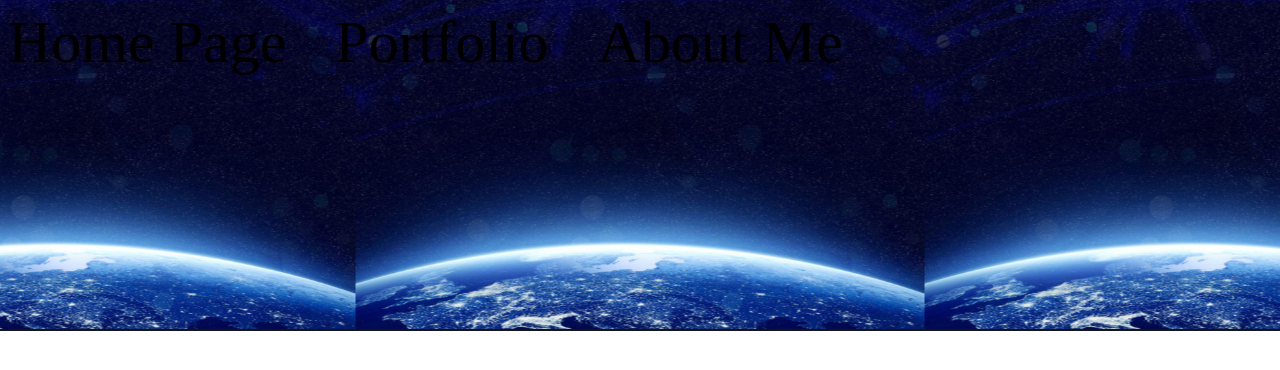
Repository: jacobhayman22/jacobhayman22.github.io
Page: index.html
The author's editor kept a record of every edit. The page is drawn from the files as they stood at one moment, then again after the next edit.
The browser window is 1280 px wide. The pictures show the whole page.

Above is the page before.

After the next edit:
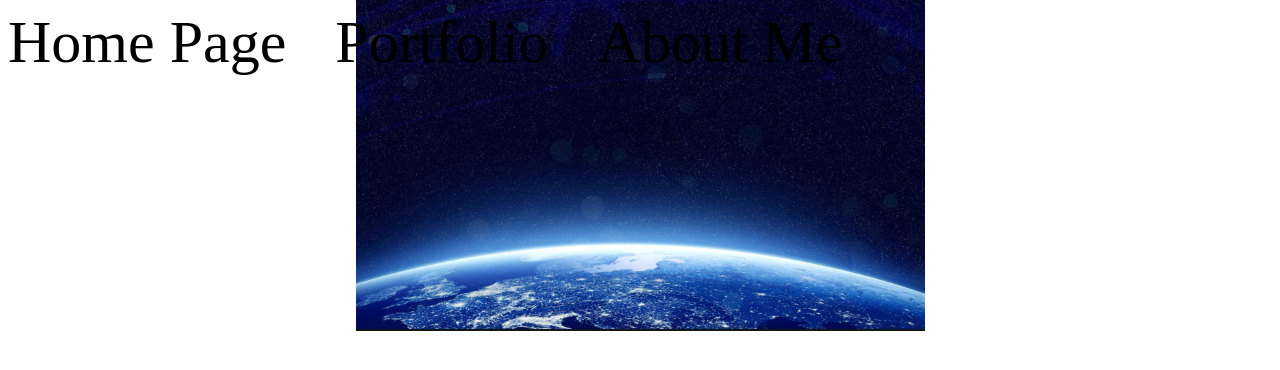
The edit:
--- a/style.css
+++ b/style.css
@@ -11,7 +11,7 @@
   /*height: 100%;
   background-size: cover;*/
   background-position: top;
-  background-repeat: repeat-x;
+  background-repeat: no-repeat;
  }
 
  .main-nav
